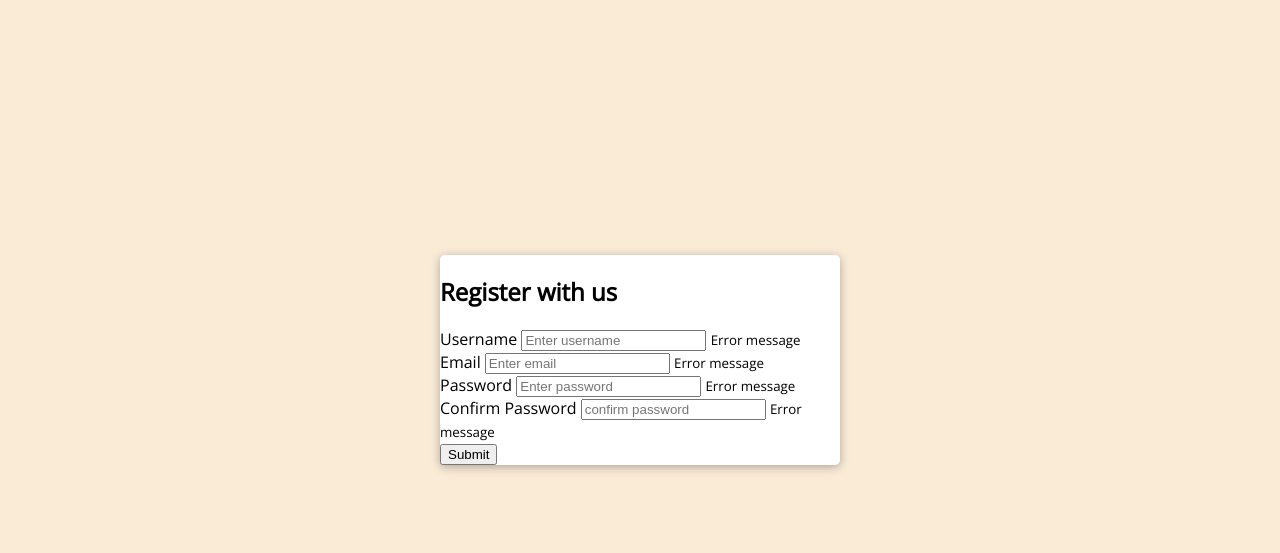
Repository: Azariagmt/Vanilla-javascript
Page: Form-Validator/index.html
The author's editor kept a copy of each file at every save. The page is drawn from the files as they stood at one save, then again after the next save.
The browser window is 1280 px wide. The pictures show the whole page.

Above is the page before, as saved 2020-04-20 09:35:38.

### Form-Validator/index.html
<!DOCTYPE html>
<!--[if lt IE 7]>      <html class="no-js lt-ie9 lt-ie8 lt-ie7"> <![endif]-->
<!--[if IE 7]>         <html class="no-js lt-ie9 lt-ie8"> <![endif]-->
<!--[if IE 8]>         <html class="no-js lt-ie9"> <![endif]-->
<!--[if gt IE 8]><!--> <html class="no-js"> <!--<![endif]-->
    <head>
        <meta charset="utf-8">
        <meta http-equiv="X-UA-Compatible" content="IE=edge">
        <title>Form Validator</title>
        <meta name="description" content="">
        <meta name="viewport" content="width=device-width, initial-scale=1">
        <link rel="stylesheet" href="style.css">
    </head>
    <body>
        <!--[if lt IE 7]>
            <p class="browsehappy">You are using an <strong>outdated</strong> browser. Please <a href="#">upgrade your browser</a> to improve your experience.</p>
        <![endif]-->

        <div class="container">
            <form action="" id="form" class="form">
                <h2> Register with us   </h2>
                <div class="form-control">
                    <label for="username">Username</label>
                    <input type="text" id="username" placeholder="Enter username">
                    <small> Error message</small>
                </div>
                <div class="form-control">
                    <label for="email">Email</label>
                    <input type="text" id="email" placeholder="Enter email">
                    <small> Error message</small>
                </div>
                <div class="form-control">
                    <label for="password">Password</label>
                    <input type="password" id="password" placeholder="Enter password">
                    <small> Error message</small>
                </div>
                <div class="form-control">
                    <label for="confirm">Confirm Password</label>
                    <input type="password" id="confirm" placeholder="confirm password">
                    <small> Error message</small>
                </div>
                <button>Submit</button>
            </form>
        </div>
        <script src="script.js" async defer></script>
    </body>
</html>

### Form-Validator/style.css
@import url('https://fonts.googleapis.com/css2?family=Open+Sans:wght@300&display=swap');

*{
    box-sizing: border-box;
}

body{
    background-color: antiquewhite;
    font-family: 'Open Sans', sans-serif;
    display: flex;
    align-items: center;
    justify-content: center;
    min-height: 100vh;
    margin: 0;
}

.container{
    background-color:white;
    border-radius: 5px;
    box-shadow: 0 2px 10px rgba(0, 0, 0, .3);
    width: 400px;
}

Loaded but not shown: Form-Validator/script.js (no copy from this time; the picture is the same without it)

After the next save:
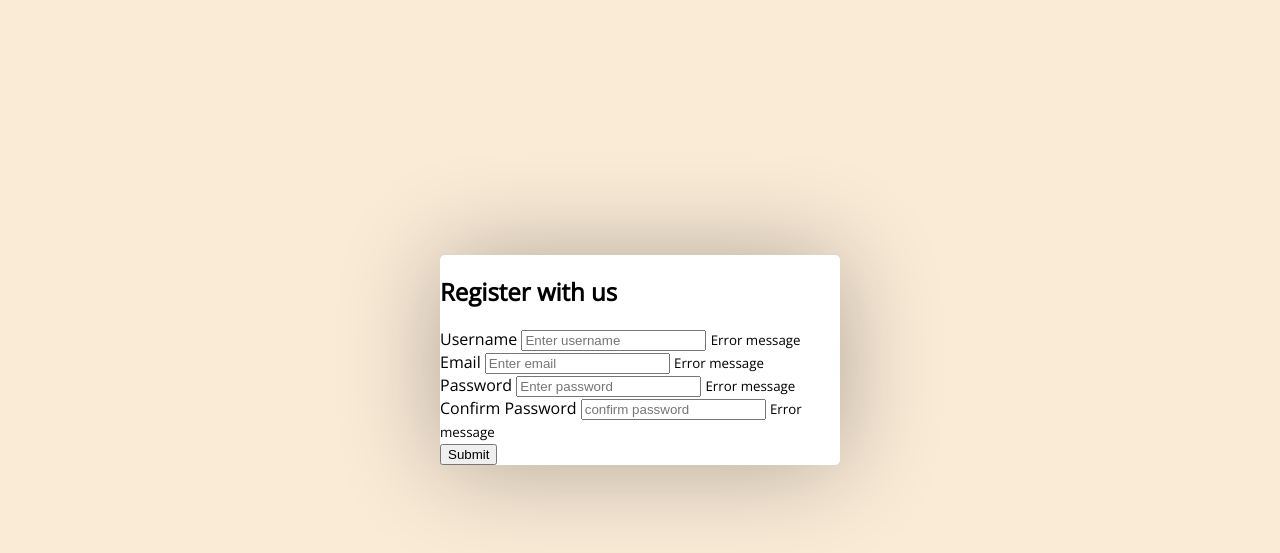
Saved 20 s later.
--- a/Form-Validator/style.css
+++ b/Form-Validator/style.css
@@ -17,6 +17,6 @@ body{
 .container{
     background-color:white;
     border-radius: 5px;
-    box-shadow: 0 2px 10px rgba(0, 0, 0, .3);
+    box-shadow: 0 2px 100px rgba(0, 0, 0, .3);
     width: 400px;
 }
